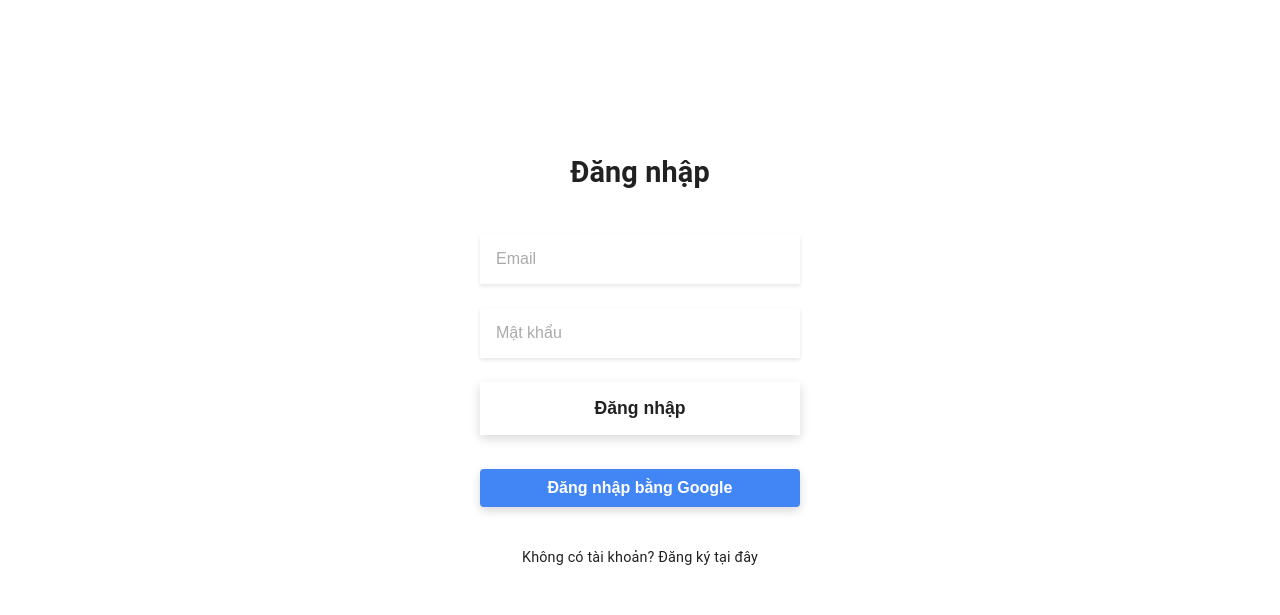
Repository: minhquang203/Homestay
Page: /login (app in client/)
The author's editor kept a copy of each file at every save. The page is drawn from the files as they stood at one save, then again after a run of saves.
The browser window is 1280 px wide. The pictures show the whole page.
The project was rebuilt for these pictures with package versions that can differ from the ones it lists, and the page was loaded fresh each time. Also part of the build but not shown: client/src/styles/Footer.scss, client/src/components/Footer.jsx, client/src/styles/ListingCard.scss, client/src/components/ListingCard.jsx, client/src/styles/Loader.scss, client/src/components/Loader.jsx, client/src/styles/Navbar.scss, client/src/styles/variable.scss and 28 more.

Above is the page before, as saved 2025-04-03 22:40:54.

After the next 2 saves:
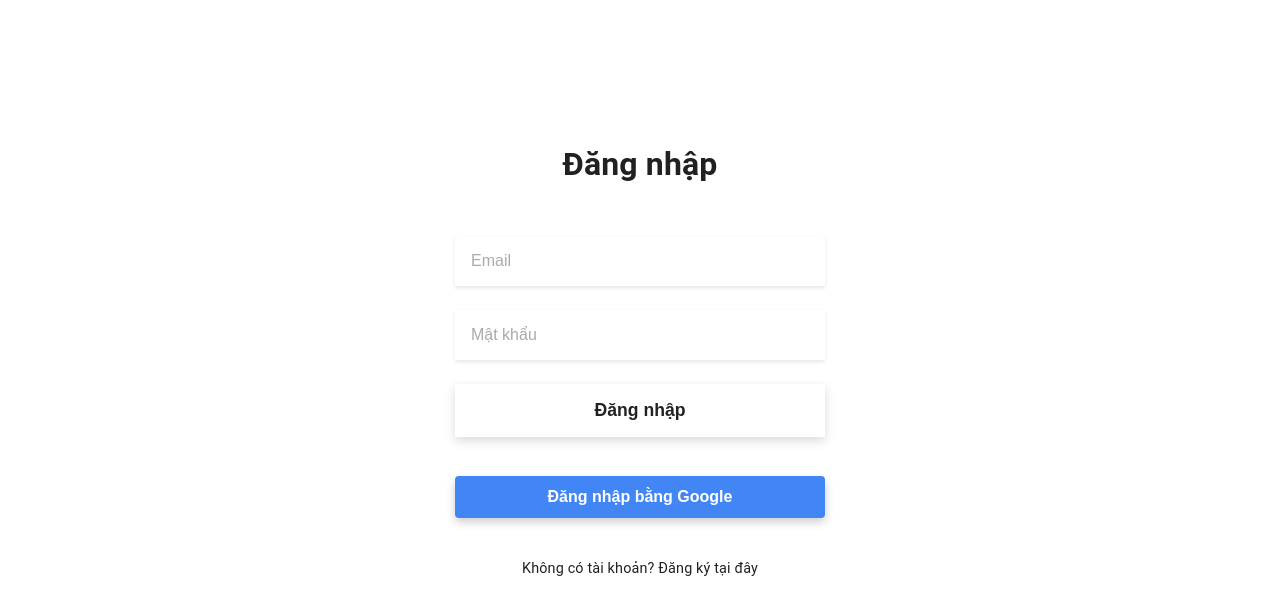
The 2 saves are shown as one change because 1 did not build or start.
The last was saved 28 s later.
--- a/client/src/styles/Login.scss
+++ b/client/src/styles/Login.scss
@@ -13,53 +13,44 @@
   &__content {
     background: var(--form-background);
     padding: 3rem 2.5rem;
-    border-radius: 0.5rem;
+    border-radius: 1rem; // Tăng độ cong
     box-shadow: var(--box-shadow-large);
-    max-width: 400px;
+    max-width: 450px; // Tăng chiều rộng tối đa
     width: 100%;
     text-align: center;
     animation: fadeIn 1s ease-out forwards;
 
-    @keyframes fadeIn {
-      0% {
-        opacity: 0;
-        transform: translateY(30px);
-      }
-      100% {
-        opacity: 1;
-        transform: translateY(0);
-      }
+    h2 {
+      font-size: 2rem; // Tăng kích thước tiêu đề
+      margin-bottom: 1.5rem; // Tăng khoảng cách dưới tiêu đề
+      color: var(--text-color);
+      animation: slideIn 0.6s ease-out forwards;
     }
   }
+
   .login__google {
     background-color: #4285f4;
     color: white;
     font-size: 16px;
     font-weight: bold;
     border: none;
-    padding: 10px 20px;
-    margin-top: 10px;
+    padding: 12px 24px; // Tăng kích thước nút
+    margin-top: 15px; // Tăng khoảng cách trên
     cursor: pointer;
     border-radius: 4px;
-    transition: background-color 0.3s;
+    transition: background-color 0.3s, transform 0.2s; // Thêm hiệu ứng chuyển động
+    box-shadow: 0 4px 10px rgba(0, 0, 0, 0.2); // Thêm bóng cho nút
 
     &:hover {
       background-color: #357ae8;
+      transform: translateY(-2px); // Nâng nhẹ khi hover
     }
   }
-
 
   &__form {
     display: flex;
     flex-direction: column;
     gap: 1.5rem;
-
-    h2 {
-      font-size: 1.8rem;
-      margin-bottom: 1rem;
-      color: var(--text-color);
-      animation: slideIn 0.6s ease-out forwards;
-    }
 
     input {
       padding: 1rem;
@@ -76,7 +67,7 @@
         border-color: var(--input-focus-border);
         box-shadow: 0 0 8px rgba(var(--input-focus-border), 0.3);
         outline: none;
-        transform: scale(1.02); /* Mượt mà hơn khi focus */
+        transform: scale(1.02);
       }
 
       &::placeholder {
@@ -99,7 +90,7 @@
 
       &:hover {
         background-color: var(--button-hover);
-        transform: translateY(-3px); /* Nâng cao nhẹ */
+        transform: translateY(-3px);
         box-shadow: 0 6px 12px rgba(0, 0, 0, 0.2);
       }
 
@@ -130,7 +121,17 @@
     margin-top: -1rem;
   }
 
-  /* Hiệu ứng cho từng phần tử trong form */
+  @keyframes fadeIn {
+    0% {
+      opacity: 0;
+      transform: translateY(30px);
+    }
+    100% {
+      opacity: 1;
+      transform: translateY(0);
+    }
+  }
+
   @keyframes slideUp {
     0% {
       opacity: 0;

After the save that followed:
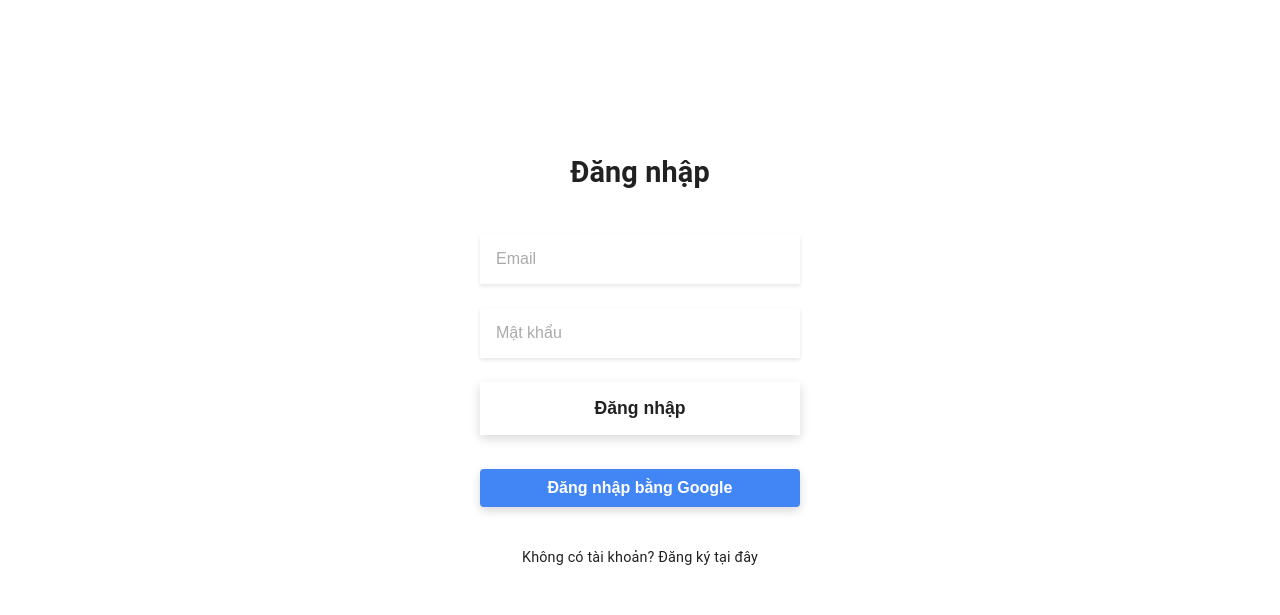
Saved 12 s later.
--- a/client/src/styles/Login.scss
+++ b/client/src/styles/Login.scss
@@ -13,44 +13,53 @@
   &__content {
     background: var(--form-background);
     padding: 3rem 2.5rem;
-    border-radius: 1rem; // Tăng độ cong
+    border-radius: 0.5rem;
     box-shadow: var(--box-shadow-large);
-    max-width: 450px; // Tăng chiều rộng tối đa
+    max-width: 400px;
     width: 100%;
     text-align: center;
     animation: fadeIn 1s ease-out forwards;
 
-    h2 {
-      font-size: 2rem; // Tăng kích thước tiêu đề
-      margin-bottom: 1.5rem; // Tăng khoảng cách dưới tiêu đề
-      color: var(--text-color);
-      animation: slideIn 0.6s ease-out forwards;
+    @keyframes fadeIn {
+      0% {
+        opacity: 0;
+        transform: translateY(30px);
+      }
+      100% {
+        opacity: 1;
+        transform: translateY(0);
+      }
     }
   }
-
   .login__google {
     background-color: #4285f4;
     color: white;
     font-size: 16px;
     font-weight: bold;
     border: none;
-    padding: 12px 24px; // Tăng kích thước nút
-    margin-top: 15px; // Tăng khoảng cách trên
+    padding: 10px 20px;
+    margin-top: 10px;
     cursor: pointer;
     border-radius: 4px;
-    transition: background-color 0.3s, transform 0.2s; // Thêm hiệu ứng chuyển động
-    box-shadow: 0 4px 10px rgba(0, 0, 0, 0.2); // Thêm bóng cho nút
+    transition: background-color 0.3s;
 
     &:hover {
       background-color: #357ae8;
-      transform: translateY(-2px); // Nâng nhẹ khi hover
     }
   }
+
 
   &__form {
     display: flex;
     flex-direction: column;
     gap: 1.5rem;
+
+    h2 {
+      font-size: 1.8rem;
+      margin-bottom: 1rem;
+      color: var(--text-color);
+      animation: slideIn 0.6s ease-out forwards;
+    }
 
     input {
       padding: 1rem;
@@ -67,7 +76,7 @@
         border-color: var(--input-focus-border);
         box-shadow: 0 0 8px rgba(var(--input-focus-border), 0.3);
         outline: none;
-        transform: scale(1.02);
+        transform: scale(1.02); /* Mượt mà hơn khi focus */
       }
 
       &::placeholder {
@@ -90,7 +99,7 @@
 
       &:hover {
         background-color: var(--button-hover);
-        transform: translateY(-3px);
+        transform: translateY(-3px); /* Nâng cao nhẹ */
         box-shadow: 0 6px 12px rgba(0, 0, 0, 0.2);
       }
 
@@ -121,17 +130,7 @@
     margin-top: -1rem;
   }
 
-  @keyframes fadeIn {
-    0% {
-      opacity: 0;
-      transform: translateY(30px);
-    }
-    100% {
-      opacity: 1;
-      transform: translateY(0);
-    }
-  }
-
+  /* Hiệu ứng cho từng phần tử trong form */
   @keyframes slideUp {
     0% {
       opacity: 0;
